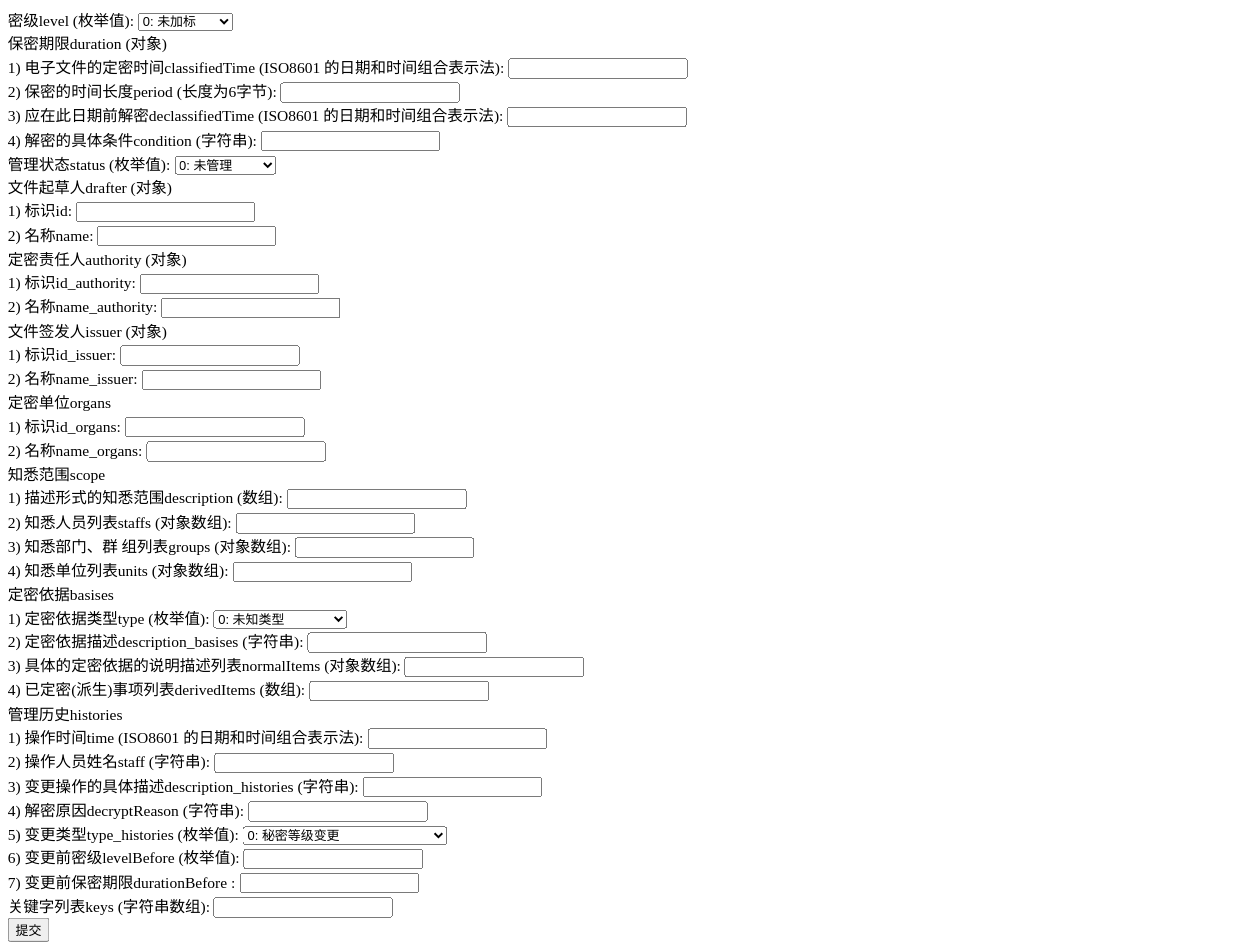
Repository: karlinglee93/eclipse-workspace
Page: jsp_test/WebContent/test.html
The author's editor kept a copy of each file at every save. The page is drawn from the files as they stood at one save, then again after the next save.
The browser window is 1280 px wide. The pictures show the whole page, at 97% of full size.

Above is the page before, as saved 2018-07-04 09:23:10.

### jsp_test/WebContent/test.html
<!DOCTYPE html>
<html>
<head>
<meta charset="utf-8">
<title>Label</title>
</head>
<body>

<form action="main.jsp" method="GET">
密级level (枚举值):
<select name="level">
<option value="0">0: 未加标</option>
<option value="10">10: 国密公开</option>
<option value="11">11: 商密公开</option>
<option value="20">20: 国密内部</option>
<option value="21">21: 商密内部</option>
<option value="50">50: 普通商密</option>
<option value="80">80: 核心商密</option>
<option value="120">120: 秘密</option>
<option value="150">150: 机密</option>
<option value="180">180: 绝密</option>
</select>
<br />

保密期限duration (对象)
<!--不足之处：
	1）ISO8601 的日期和时间组合表示法必须人工手打；
	2）period 和declassifiedTime 之间应该存在一定的逻辑关系；
	3）condition 和其他关键字也应该存在逻辑关系。  -->
<br />
1) 电子文件的定密时间classifiedTime (ISO8601 的日期和时间组合表示法):
<input type="text" name="classifiedTime" />
<br />
2) 保密的时间长度period (长度为6字节):
<input type="text" name="period" />
<br />
3) 应在此日期前解密declassifiedTime (ISO8601 的日期和时间组合表示法):
<input type="text" name="declassifiedTime" />
<br />
4) 解密的具体条件condition (字符串):
<input type="text" name="condition" />
<br />

管理状态status (枚举值):
<select name="status">
<option value="0">0: 未管理</option>
<option value="20">20: 忽略</option>
<option value="50">50: 预定密</option>
<option value="80">80: 正式定密</option>
<option value="110">110: 文件签发</option>
<option value="140">140: 密级变更</option>
<option value="170">170: 文件解密</option>
</select>
<br />

文件起草人drafter (对象)
<br />
1) 标识id:
<input type="text" name="id" />
<br />
2) 名称name:
<input type="text" name="name" />
<br />

定密责任人authority (对象)
<br />
1) 标识id_authority:
<input type="text" name="id_authority" />
<br />
2) 名称name_authority:
<input type="text" name="name_authority" />
<br />

文件签发人issuer (对象)
<br />
1) 标识id_issuer:
<input type="text" name="id_issuer" />
<br />
2) 名称name_issuer:
<input type="text" name="name_issuer" />
<br />

定密单位organs
<br />
1) 标识id_organs:
<input type="text" name="id_organs" />
<br />
2) 名称name_organs:
<input type="text" name="name_organs" />
<br />

知悉范围scope
<!-- 不足之处：
	1）staffs/groups/units 为对象数组，其中都包含id & name。
 -->
<br />
1) 描述形式的知悉范围description (数组):
<input type="text" name="description" />
<br />
2) 知悉人员列表staffs (对象数组):
<input type="text" name="staffs" />
<br />
3) 知悉部门、群 组列表groups (对象数组):
<input type="text" name="groups" />
<br />
4) 知悉单位列表units (对象数组):
<input type="text" name="units" />
<br />

定密依据basises
<!-- 不足之处：
	1）normalItems 中包含id/name/level/duration/scope/keys。
 -->
<br />
1) 定密依据类型type (枚举值):
<select name="type">
<option value="0">0: 未知类型</option>
<option value="10">10: 确定性定密事项</option>
<option value="50">50: 不明确事项</option>
<option value="90">90: 无权定密事项</option>
<option value="130">130: 派生定密事项</option>
</select>
<br />
2) 定密依据描述description_basises (字符串):
<input type="text" name="description_basises" />
<br />
3) 具体的定密依据的说明描述列表normalItems (对象数组):
<input type="text" name="normalItems" />
<br />
4) 已定密(派生)事项列表derivedItems (数组):
<input type="text" name="derivedItems" />
<br />

管理历史histories
<!-- 不足之处：
	1）levelBefore/durationBefore 与先前的取值完全相同，
		是否可用同一个关键字替代。
 -->
<br />
1) 操作时间time (ISO8601 的日期和时间组合表示法):
<input type="text" name="time" />
<br />
2) 操作人员姓名staff (字符串):
<input type="text" name="staff" />
<br />
3) 变更操作的具体描述description_histories (字符串):
<input type="text" name="description_histories" />
<br />
4) 解密原因decryptReason (字符串):
<input type="text" name="decryptReason" />
<br />
5) 变更类型type_histories (枚举值):
<select name="type_histories">
<option value="0">0: 秘密等级变更</option>
<option value="1">1: 保密期限变更</option>
<option value="3">3: 秘密等级变更及保密期限变更</option>
</select>
<br />
6) 变更前密级levelBefore (枚举值):
<input type="text" name="levelBefore" />
<br />
7) 变更前保密期限durationBefore :
<input type="text" name="durationBefore" />
<br />

关键字列表keys (字符串数组):
<input type="text" name="keys">
<br />

<input type="submit" value="提交" />
</form>
</body>
</html>

After the next save:
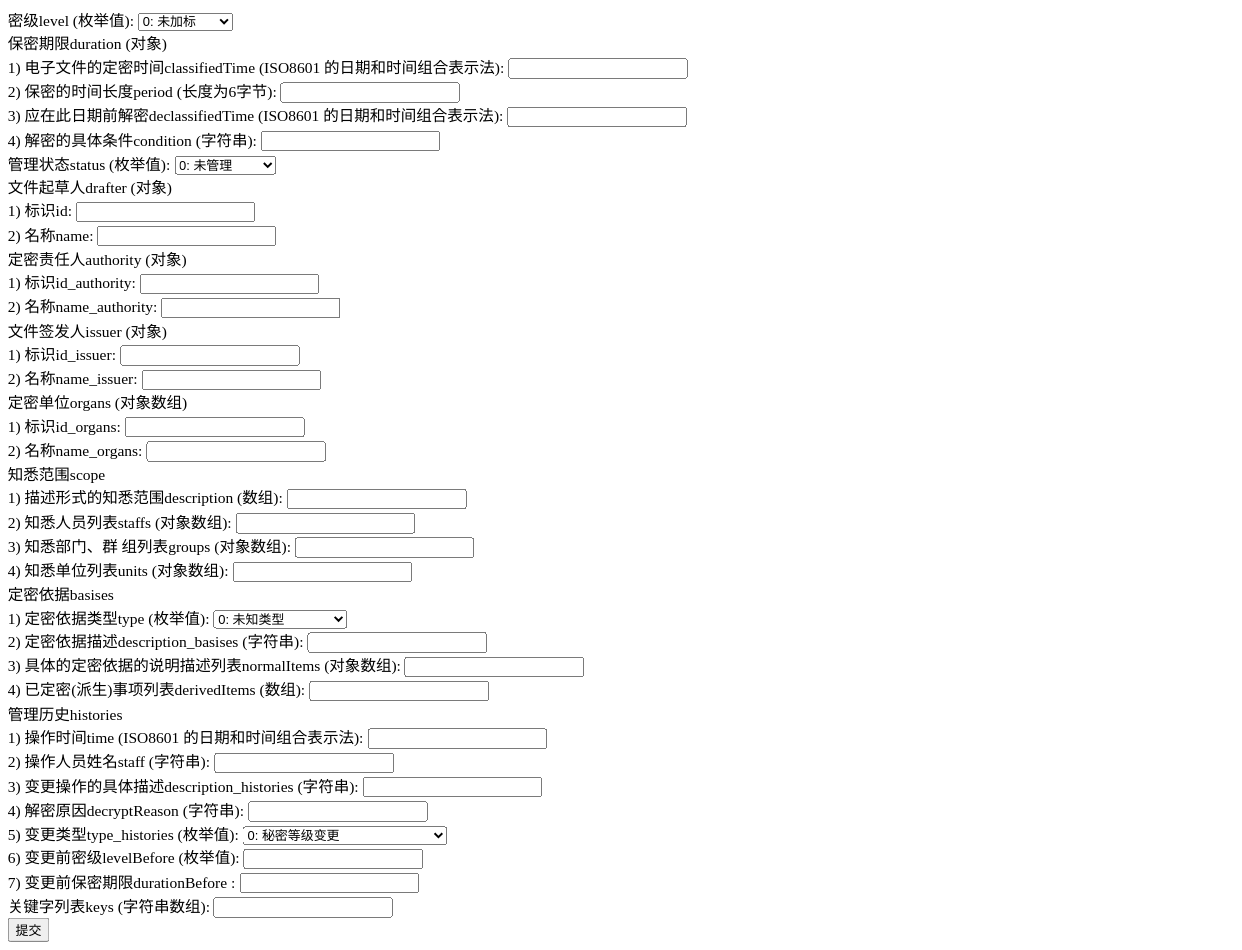
Saved 5 s later.
--- a/jsp_test/WebContent/test.html
+++ b/jsp_test/WebContent/test.html
@@ -80,7 +80,7 @@
 <input type="text" name="name_issuer" />
 <br />
 
-定密单位organs
+定密单位organs (对象数组)
 <br />
 1) 标识id_organs:
 <input type="text" name="id_organs" />
